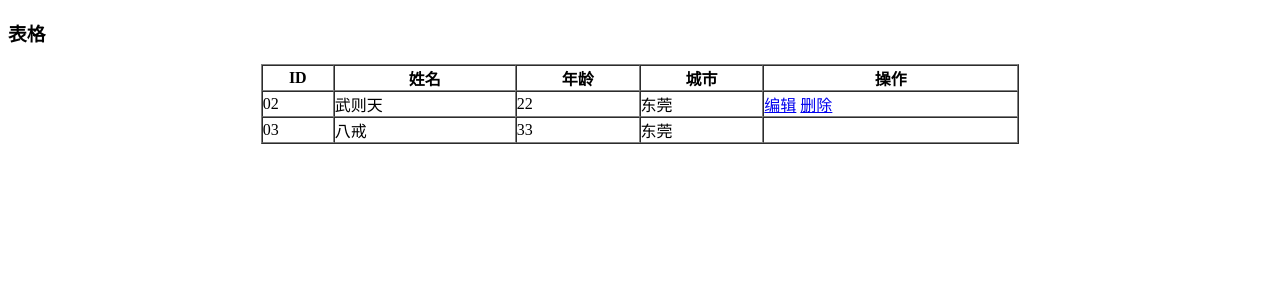
Repository: qyl1006/JavaApps
Page: workspace/web-01-html/WebContent/task02/list.html
The author's editor kept a copy of each file at every save. The page is drawn from the files as they stood at one save, then again after the next save.
The browser window is 1280 px wide. The pictures show the whole page.

Above is the page before, as saved 2018-02-28 12:14:11.

### workspace/web-01-html/WebContent/task02/list.html
<!DOCTYPE html PUBLIC "-//W3C//DTD HTML 4.01 Transitional//EN" "http://www.w3.org/TR/html4/loose.dtd">
<html>
<head>
<meta http-equiv="Content-Type" content="text/html; charset=UTF-8">
<title>Insert title here</title>
</head>
<body>
	<h3>表格</h3>
	<table cellpadding="0" cellspacing="0" width="60%" align="center" border="1">
		<tr>
			<th>ID</th>
			<th>姓名</th>
			<th>年龄</th>
			<th>城市</th>
			<th>操作</th>
		</tr>
		<tr>
			<td>02</td>
			<td>武则天</td>
			<td>22</td>
			<td>东莞</td>
			<td>
				<a href="#">编辑</a>
				<a href="#">删除</a>
			</td>
		</tr>
		<tr>
			<td>03</td>
			<td>八戒</td>
			<td>33</td>
			<td>东莞</td>
			<td>

			</td>
		</tr>
	</table>

</body>
</html>

After the next save:
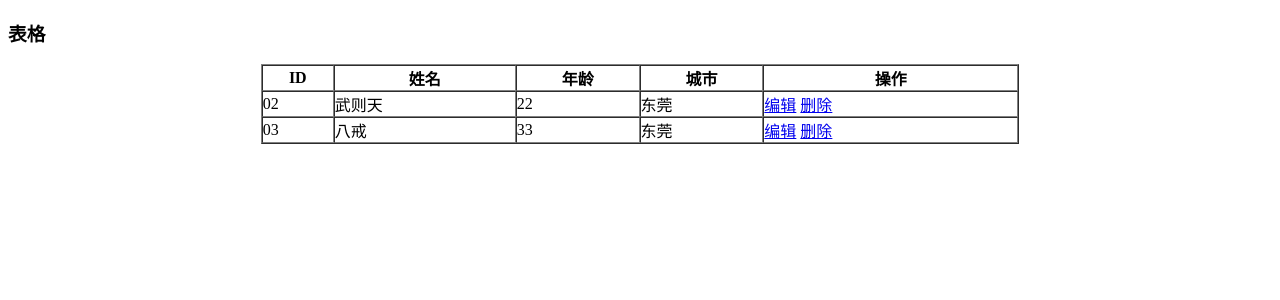
Saved 26 s later.
--- a/workspace/web-01-html/WebContent/task02/list.html
+++ b/workspace/web-01-html/WebContent/task02/list.html
@@ -30,7 +30,8 @@
 			<td>33</td>
 			<td>东莞</td>
 			<td>
-
+				<a href="#">编辑</a>
+				<a href="#">删除</a>
 			</td>
 		</tr>
 	</table>
